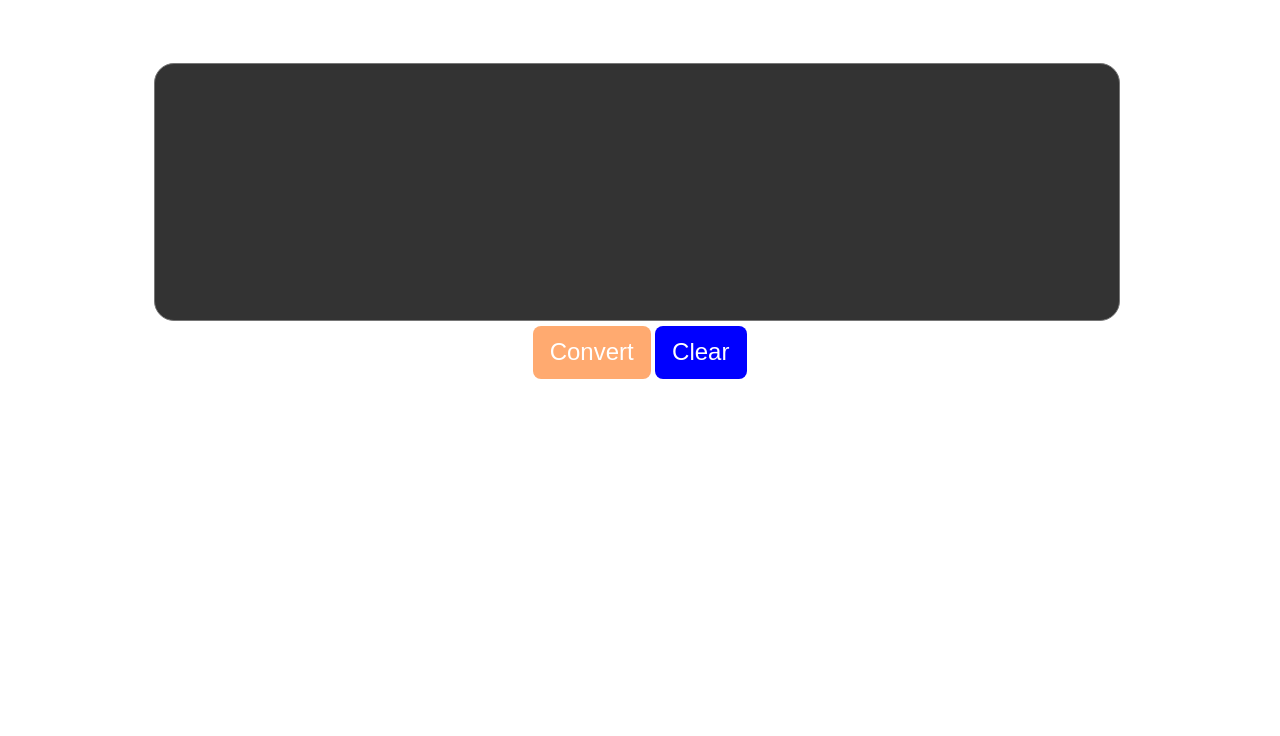
Repository: readwithpic/readwithpic.github.io
Page: platform14.html
The author's editor kept a record of every edit. The page is drawn from the files as they stood at one moment, then again after the next edit.
The browser window is 1280 px wide. The pictures show the whole page.
Some web libraries are served in a nearby version.

Above is the page before.
Console error: TypeError: Cannot read properties of undefined (reading 'length')

After the next edit:
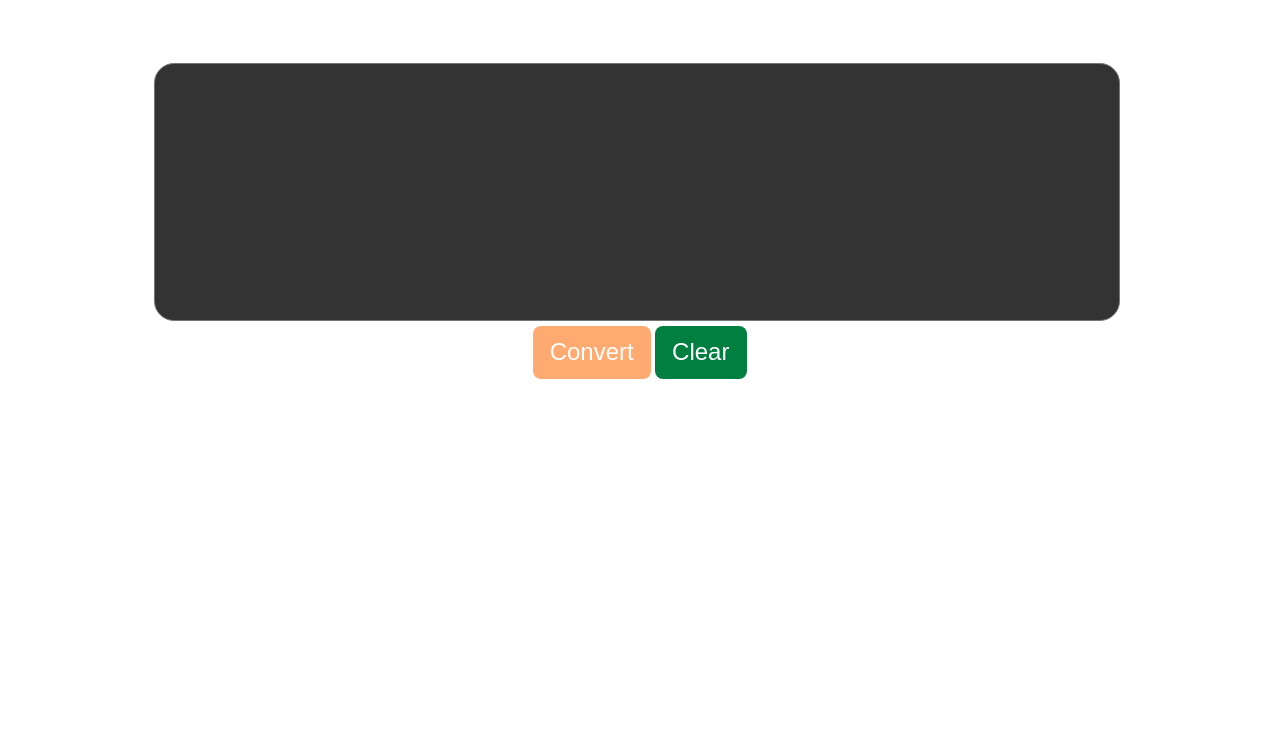
The edit:
--- a/style.css
+++ b/style.css
@@ -106,7 +106,7 @@
 
 #clear{
     text-align:center;
-    background-color: blue;
+    background-color: #007F41;
    -webkit-border-radius: 8px;
     -moz-border-radius: 8px;
     border-radius: 8px;
